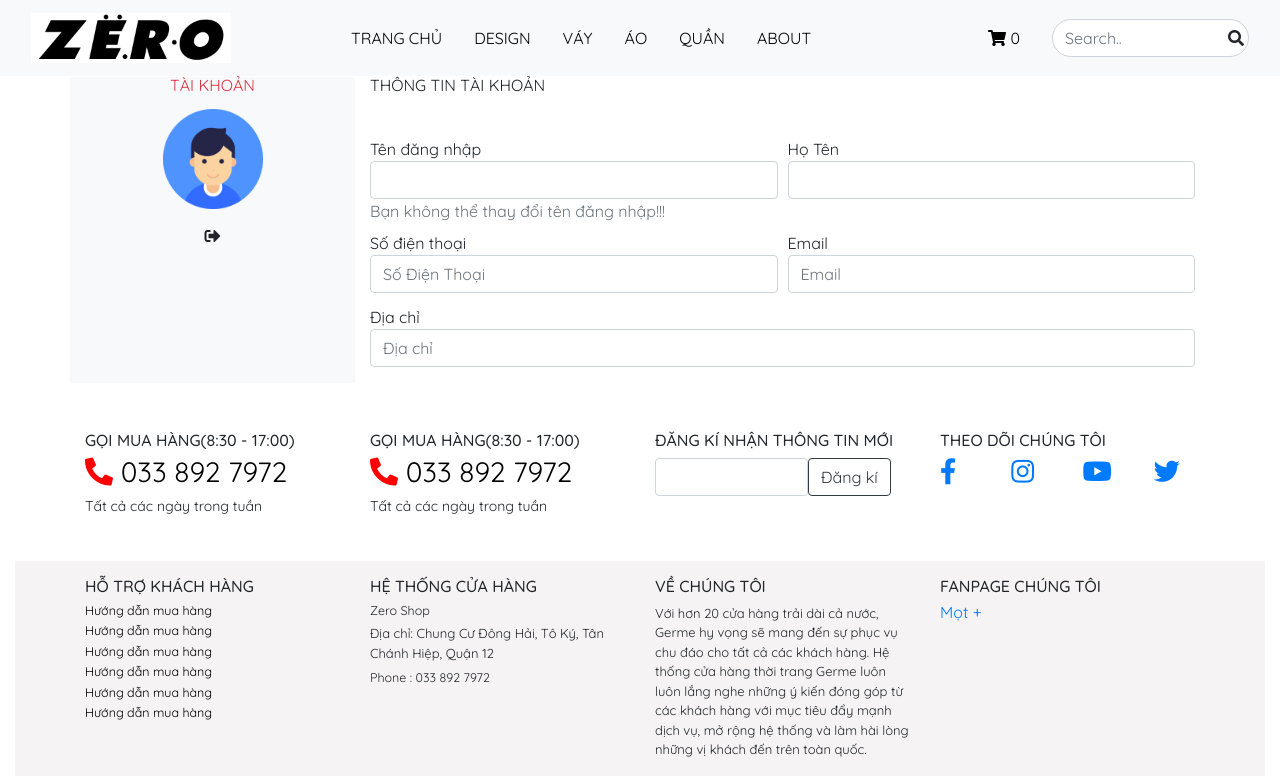
Repository: trang712/Zeroclothers
Page: user/info.html
The author's editor kept a copy of each file at every save. The page is drawn from the files as they stood at one save, then again after the next save.
The browser window is 1280 px wide. The pictures show the whole page.
Some web libraries are served in a nearby version.

Above is the page before, as saved 2022-12-18 14:41:51.
Console error: TypeError: Cannot read properties of undefined (reading 'username')

### user/info.html
<!DOCTYPE html>
<html>

<head>
    <title>Thông tin cá nhân</title>

    <meta charset="UTF-8">
    <script src="https://code.jquery.com/jquery-3.3.1.slim.min.js"></script>
    <link rel="stylesheet" href="https://stackpath.bootstrapcdn.com/bootstrap/4.3.1/css/bootstrap.min.css">
    <link rel="stylesheet" href="../css/style-1.css">

    <script src="https://cdnjs.cloudflare.com/ajax/libs/popper.js/1.14.7/umd/popper.min.js"></script>
    <script src="https://stackpath.bootstrapcdn.com/bootstrap/4.3.1/js/bootstrap.min.js"></script>
    <meta name="viewport" content="width=device-width, initial-scale=1, shrink-to-fit=no">
    <link rel="stylesheet" href="https://use.fontawesome.com/releases/v5.10.2/css/all.css">
    <link href="https://fonts.googleapis.com/css2?family=Quicksand:wght@400;500;600&display=swap" rel="stylesheet">
    <div id="fb-root"></div>
    <script async defer crossorigin="anonymous"
        src="https://connect.facebook.net/vi_VN/sdk.js#xfbml=1&version=v7.0"></script>
</head>

<body>
    <div class="container-fluid header">
        <div class="container-fluid fixed-top bg-light">



            <nav class=" navbar  navbar-expand-lg">
                <a href="../index.html" class="navbar-brand">
                    <div class="logo">
                        <img src="../img/logo-z.png" alt="">
                    </div>
                </a>
                <button class="navbar-toggler menu" data-target="#my-nav" data-toggle="collapse" aria-controls="my-nav"
                    aria-expanded="false" aria-label="Toggle navigation">
                    <span class="navbar-toggler-icon">
                        <i class="fas fa-bars"></i>
                    </span>
                </button>
                <div id="my-nav" class="collapse navbar-collapse">
                    <ul class="navbar-nav mr-auto header-menu">
                        <li class="nav-item active">
                            <a class="nav-link"  href="../index.html">TRANG CHỦ <span
                                    class="sr-only">(current)</span></a>
                        </li>
                        <li class="nav-item">
                            <a class="nav-link" href="#" tabindex="-1" aria-disabled="false">DESIGN</a>
                        </li>
                        <li class="nav-item">
                            <a class="nav-link" href="#" tabindex="-1" aria-disabled="true">VÁY</a>
                        </li>
                        <li class="nav-item">
                            <a class="nav-link" href="#" tabindex="-1" aria-disabled="true">ÁO</a>
                        </li>
                        <li class="nav-item">
                            <a class="nav-link" href="#" tabindex="-1" aria-disabled="true">QUẦN</a>
                        </li>
                        <li class="nav-item">
                            <a class="nav-link" href="#" tabindex="-1" aria-disabled="true">ABOUT</a>
                        </li>


                    </ul>
                    <div class="mr-3 cart">


                        <a class="ml-3 mr-3" href="../cart.html">
                            <i class="fas fa-shopping-cart"></i>
                            <span id="total-item">0</span>
                        </a>

                    </div>
                    <div class="form-inline search">
                        <input type="text" class="form-control" placeholder="Search..">
                        <button type="submit" class="form-control btn">
                            <i class="fas fa-search"></i>
                        </button>
                    </div>

                </div>
            </nav>
        </div>

    </div>

    <div class="container-fluid banner">
        <div class="container">

            <div class="row">
                <div class="col-3 text-center bg-light">
                    <div class="text-danger ">
                        TÀI KHOẢN
                    </div>
                    <img class="mt-3" src="../img/avt.png" alt="" style="width: 100px;">
                    <div id="thanh2" class="mt-2">
                    </div>
                    <div id="doimk"></div>
                    <a class="btn" href="../index.html" onclick="logOut()"><i class="fas fa-sign-out-alt"></i></a>

                </div>
                <div class="clearfix"></div>
                <div class="col-9">
                    <div>THÔNG TIN TÀI KHOẢN</div>
                    <div class="mt-5">
                        <div class="form-row">
                            <div class="col-6 form-group">
                                <label class="" for="">Tên đăng nhập</label>
                                <input class="form-control mt-1" type="text" id="username">
                                <small id="emailHelp" class="form-text text-muted">Bạn không thể thay đổi tên đăng nhập!!!</small>
                            </div>
                            <div class="col-6 form-group">
                                <label class="" for="">Họ Tên</label>
                                <input class="form-control mt-1" type="text" id="hoten">
                            </div>
                            <div class="col-6 form-group">
                                <label for="">Số điện thoại</label>
                                <input class="form-control mt-1" type="text" id="sdt" placeholder="Số Điện Thoại">

                            </div>
                            <div class="col-6 form-group">
                                <label for="">Email</label>
                                <input class="form-control mt-1" type="text" id="email" placeholder="Email">

                            </div>
                            <div class="col-12 form-group">
                                <label for="">Địa chỉ</label>
                                <input class="form-control mt-1" type="text" id="diachi" placeholder="Địa chỉ">

                            </div>
                                <div class="" id="update">

                                </div>
                        </div>
                    </div>

                </div>
                <div class="clearfix"></div>
            </div>

        </div>
    </div>
    <div class="container-fluid">


        <div class="container info">

            <div class="row mt-5 mb-5">
                <div class="col-3 info-col">
                    <div class="h6">
                        GỌI MUA HÀNG(8:30 - 17:00)
                    </div>
                    <a href="tel:0395342134">

                        <i class="fas fa-phone-alt"></i>
                        033 892 7972
                    </a>

                    <div class="info-foot">Tất cả các ngày trong tuần</div>
                </div>
                <div class="col-3 info-col">
                    <div class="h6">GỌI MUA HÀNG(8:30 - 17:00) </div>

                    <a href="tel:0395342134">
                        <i class="fas fa-phone-alt"></i>
                        033 892 7972
                    </a>

                    <div class="info-foot">Tất cả các ngày trong tuần</div>
                </div>

                <div class="col-3">
                    <div class="h6">ĐĂNG KÍ NHẬN THÔNG TIN MỚI</div>
                    <form action="" class="form-inline">
                        <input type="text" class="form-control" style="width: 60%;">
                        <a href="" class=" btn btn-outline-dark">Đăng kí</a>
                    </form>
                </div>
                <div class="col-3 info-social">
                    <div class="h6">THEO DÕI CHÚNG TÔI</div>
                    <div class="row">
                        <div class="col-3">
                            <a href="">
                                <i class="fab fa-facebook-f"></i>
                            </a>
                        </div>
                        <div class="col-3">
                            <a href="">
                                <i class="fab fa-instagram"></i>
                            </a>
                        </div>
                        <div class="col-3">
                            <a href="">
                                <i class="fab fa-youtube"></i>
                            </a>
                        </div>
                        <div class="col-3">
                            <a href="">
                                <i class="fab fa-twitter"></i>

                            </a>
                        </div>
                    </div>
                </div>
            </div>

        </div>

  <div class="modal fade" id="changePassword" tabindex="-1" role="dialog" aria-labelledby="exampleModalLabel" aria-hidden="true">
    <div class="modal-dialog" role="document">
      <div class="modal-content">
        <div class="modal-header">
          <h5 class="modal-title" id="exampleModalLabel">Đổi mật khẩu</h5>
          <button type="button" class="close" data-dismiss="modal" aria-label="Close">
            <span aria-hidden="true">&times;</span>
          </button>
        </div>
        <div class="modal-body">
          <form>
              <div class="form-group">
                  <label for="my-input">Mật khẩu cũ</label>
                  <input id="oldpass" class="form-control mt-2" type="text">
              </div>
              <div class="form-group">
                  <label for="my-input">Mật khẩu mới</label>
                  <input id="newpass" class="form-control mt-2" type="text">
              </div>
              <div class="form-group">
                  <label for="my-input">Nhập lại mật khẩu</label>
                  <input id="changepass" class="form-control mt-2" type="text">
              </div>
              <div id="matkhau"></div>
          </form>
        </div>
        <div class="modal-footer">
          <button type="button" class="btn btn-secondary" data-dismiss="modal">Close</button>
          <!-- <button type="button" class="btn btn-primary">Save changes</button> -->
        </div>
      </div>
    </div>
  </div>


        <div class="container-fluid footer-3">
            <div class="container">
                <div class="row">
                    <div class="col-3 link-support">
                        <div class="h6">HỖ TRỢ KHÁCH HÀNG</div>

                        <ul>
                            <li>
                                <a href="">Hướng dẫn mua hàng</a>
                            </li>
                            <li>
                                <a href="">Hướng dẫn mua hàng</a>
                            </li>
                            <li>
                                <a href="">Hướng dẫn mua hàng</a>
                            </li>
                            <li>
                                <a href="">Hướng dẫn mua hàng</a>
                            </li>
                            <li>
                                <a href="">Hướng dẫn mua hàng</a>
                            </li>
                            <li>
                                <a href="">Hướng dẫn mua hàng</a>
                            </li>
                        </ul>
                    </div>
                    <div class="col-3 link-support">
                        <div class="h6">HỆ THỐNG CỬA HÀNG</div>
                        <ul>
                            <li>
                                Zero Shop
                            </li>
                            <li class="text">
                                Địa chỉ: Chung Cư Đông Hải, Tô Ký, Tân Chánh Hiệp, Quận 12
                            </li>
                            <li>
                                Phone : 033 892 7972
                            </li>
                        </ul>
                    </div>
                    <div class="col-3 link-support">
                        <div class="h6">VỀ CHÚNG TÔI</div>
                        <div class="text">Với hơn 20 cửa hàng trải dài cả nước, Germe hy vọng sẽ mang đến sự phục vụ chu
                            đáo cho tất
                            cả các khách hàng. Hệ thống cửa hàng thời trang Germe luôn luôn lắng nghe những ý kiến đóng
                            góp từ các khách hàng với mục tiêu đẩy mạnh dịch vụ, mở rộng hệ thống và làm hài lòng những
                            vị khách đến trên toàn quốc.</div>
                    </div>
                    <div class="col-3">
                        <div class="h6">FANPAGE CHÚNG TÔI</div>
                        <div class="fb-page" data-href="https://www.facebook.com/motplus/" data-tabs="timeline"
                            data-width="360" data-height="200" data-small-header="false"
                            data-adapt-container-width="true" data-hide-cover="false" data-show-facepile="true">
                            <blockquote cite="https://www.facebook.com/motplus/" class="fb-xfbml-parse-ignore"><a
                                    href="https://www.facebook.com/motplus/">Mọt +</a></blockquote>
                        </div>

                    </div>
                </div>
            </div>
        </div>

    </div>
</body>
<script src="../js/user.js"></script>

</html>

Loaded but not shown: js/user.js (237 lines, source omitted); css/style-1.css (623 lines, source omitted)

After the next save:
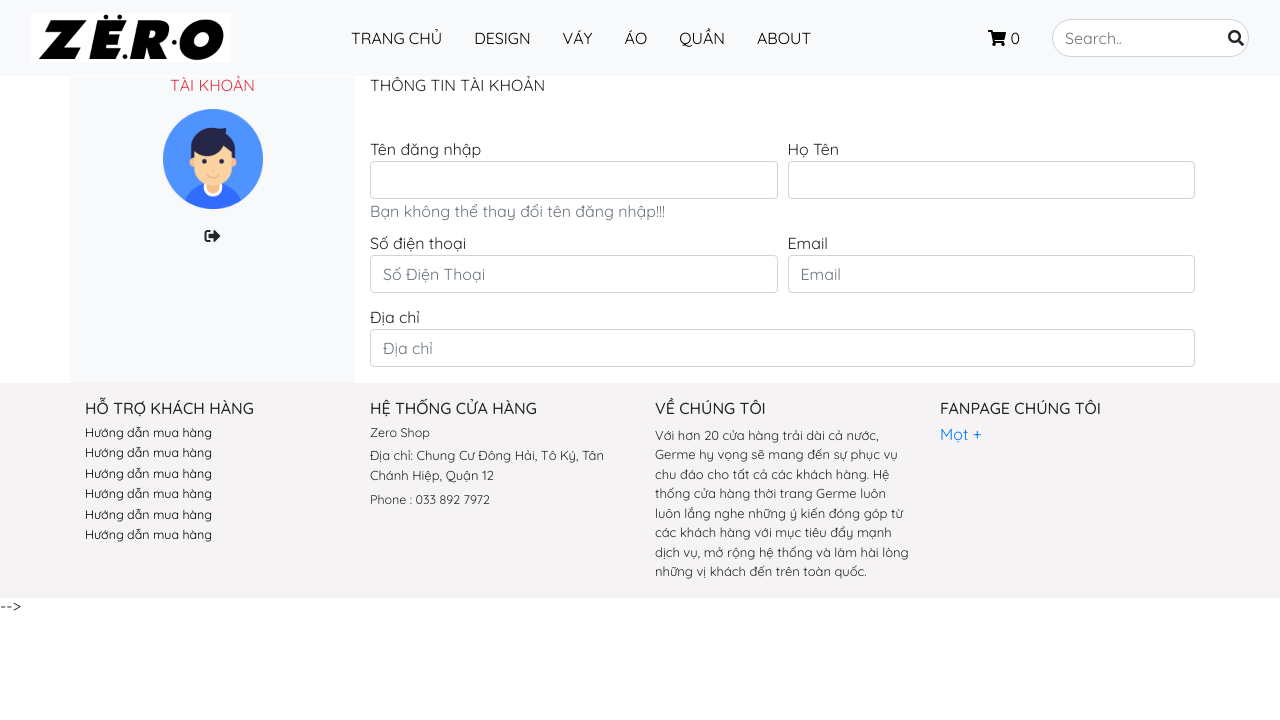
Saved 19 s later.
--- a/user/info.html
+++ b/user/info.html
@@ -139,7 +139,7 @@
 
         </div>
     </div>
-    <div class="container-fluid">
+    <!-- <div class="container-fluid">
 
 
         <div class="container info">
@@ -303,7 +303,7 @@
             </div>
         </div>
 
-    </div>
+    </div> -->
 </body>
 <script src="../js/user.js"></script>
 

After the save that followed:
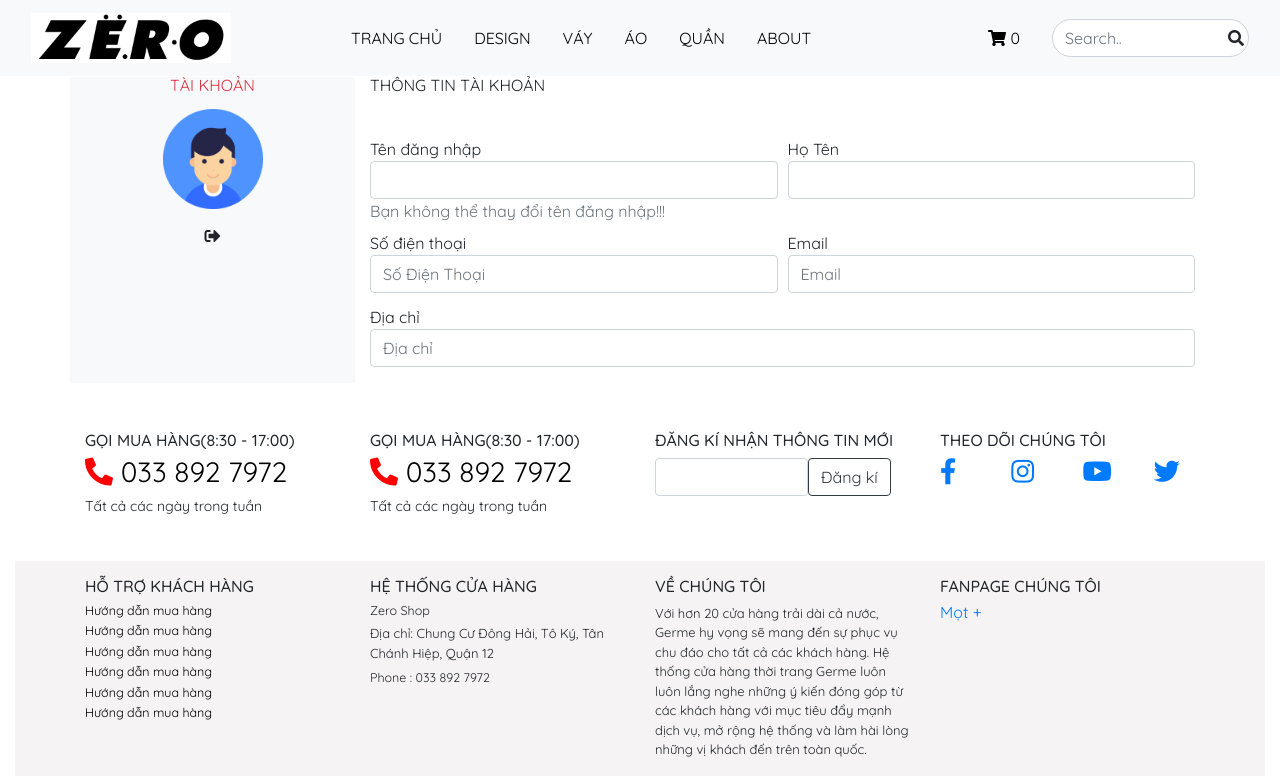
Saved 11 s later.
--- a/user/info.html
+++ b/user/info.html
@@ -139,7 +139,7 @@
 
         </div>
     </div>
-    <!-- <div class="container-fluid">
+    <div class="container-fluid">
 
 
         <div class="container info">
@@ -303,7 +303,7 @@
             </div>
         </div>
 
-    </div> -->
+    </div>
 </body>
 <script src="../js/user.js"></script>
 
